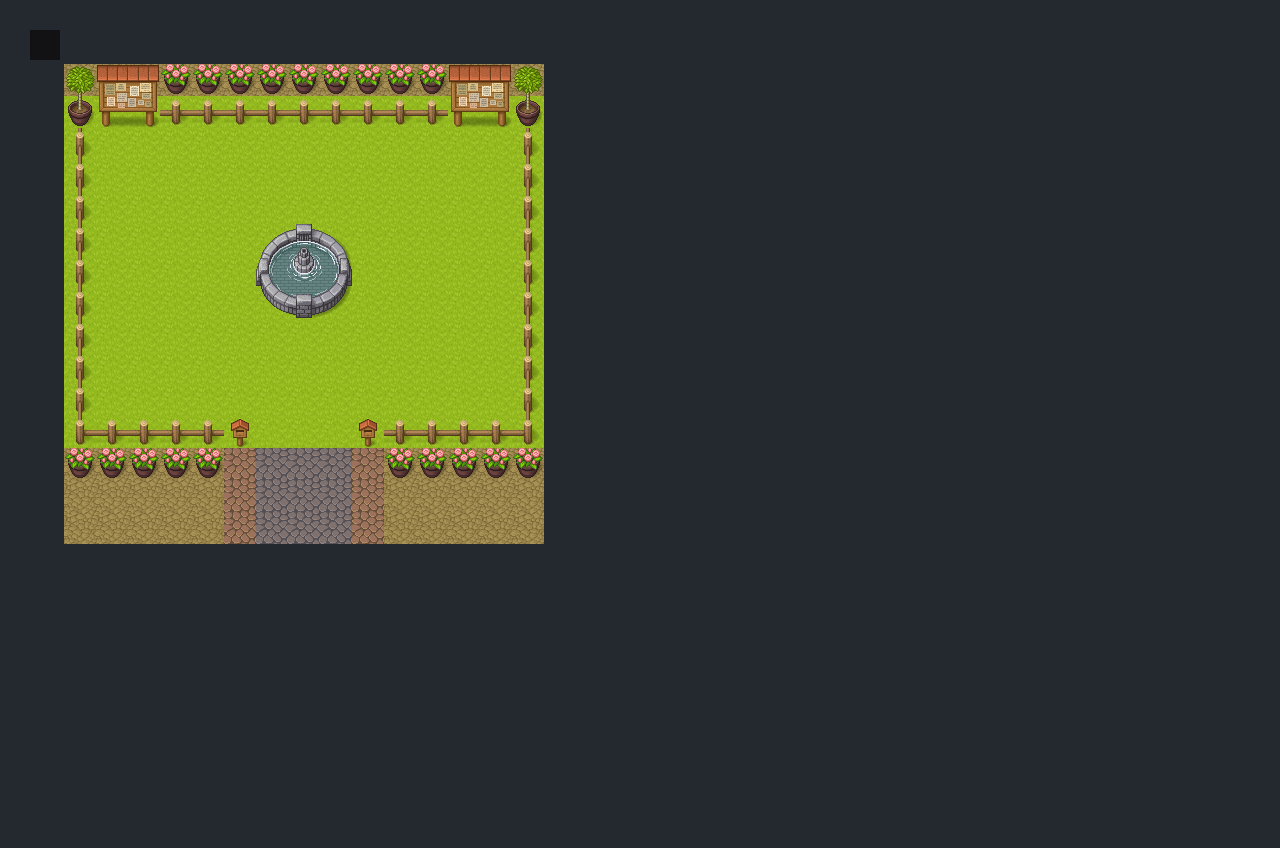
Repository: guilhermecardoso93/rpg-react
Page: /
These files come from the project's save history. The page is drawn as it stood at one moment and after the next save; the edit follows.
The browser window is 1280 px wide. The pictures show the whole page.
The project was rebuilt for these pictures with package versions that can differ from the ones it lists, and the page was loaded fresh each time.

Above is the page before, as saved 2022-11-15 21:49:31.

### src/index.tsx
import React from 'react';
import ReactDOM from 'react-dom/client';
import {App} from './App';
import { GlobalStyle } from './App.styles';
import reportWebVitals from './reportWebVitals';

const root = ReactDOM.createRoot(
  document.getElementById('root') as HTMLElement
);
root.render(
  <React.StrictMode>
    <GlobalStyle/>
    <App />
  </React.StrictMode>
);

// If you want to start measuring performance in your app, pass a function
// to log results (for example: reportWebVitals(console.log))
// or send to an analytics endpoint. Learn more: https://bit.ly/CRA-vitals
reportWebVitals();

### src/App.tsx
import React from 'react';
import { Container, Map } from './App.styles';
import { Character } from './componets/Character';
import { useCharacter } from './hooks/useCharacter';


export function App() {
  const character = useCharacter()

  return (
    <Container>
      <Map>
        <Character x={character.x} y={character.y}/>
      </Map>
    </Container>
  );
}

### src/App.styles.ts
import styled, { createGlobalStyle } from "styled-components";

export const GlobalStyle = createGlobalStyle`
  * {
    box-sizing: border-box;
    margin: 0;
    padding: 0;
  }

  body {
    background-color: #24282f;
  }
`;

export const Container = styled.div`
  min-height: 100vh;
  color: #fff;
  margin: 4rem;
`;

export const Map = styled.div`
  background-image: url("/assets/map.png");
  background-position: left top;
  background-size: cover;
  width: 480px;
  height: 480px;
`;

### src/componets/Character/index.tsx
import { Container } from './styles';

type CharacterProps = {
  x: number,
  y: number,
}


export function Character({x, y}: CharacterProps) {
  const size = 30

  return (
    <Container
      left={x * size}
      top={ y * size}
      size={size}
    >

    </Container>
  );
}

### src/hooks/useCharacter.ts
import { useState } from "react";

export function useCharacter() {
  const [pos, setPos] = useState({ x: 1, y: 1 });

  function moveLeft() {
    setPos((pos) => ({
      x: pos.x - 1,
      y: pos.y,
    }));
  }

  function moveRight() {
    setPos((pos) => ({
      x: pos.x + 1,
      y: pos.y,
    }));
  }

  function moveTop() {
    setPos((pos) => ({
      x: pos.x ,
      y: pos.y - 1,
    }));
  }

  function moveDown() {
    setPos((pos) => ({
      x: pos.x ,
      y: pos.y + 1,
    }));
  }

  return {
    x: pos.x,
    y: pos.y,
    moveDown,
    moveTop,
    moveLeft,
    moveRight,
  };
}

### src/componets/Character/styles.ts
import styled from "styled-components";

export const Container = styled.div<{left: number, top: number, size: number}>`
  width: ${props => props.size}px;
  height: ${props => props.size}px;
  position: absolute;
  left: ${props => props.left}px;
  top: ${props => props.top}px;
  background-color: #121214;
`;

Loaded but not shown: public/index.html (common file); src/reportWebVitals.ts (common file)

After the next save:
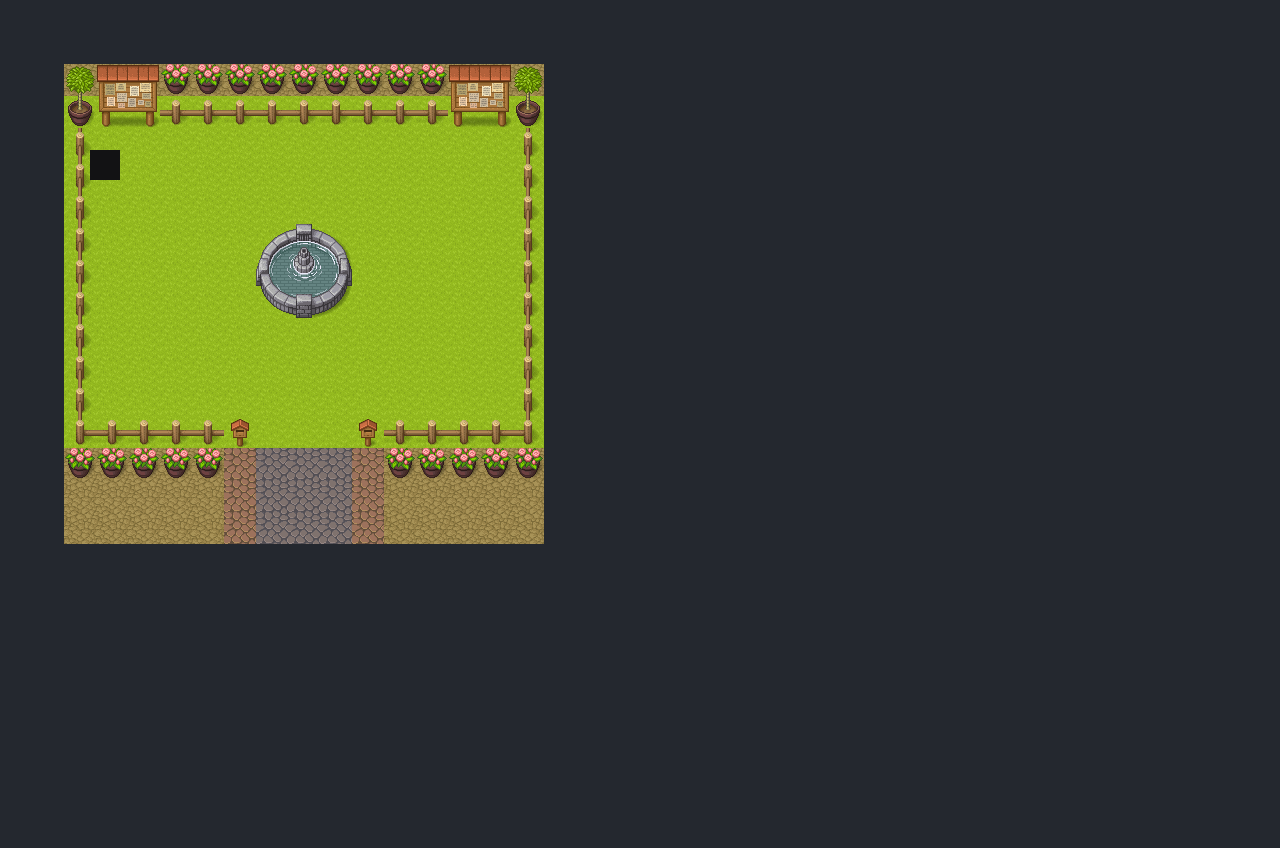
Saved 18 s later.
--- a/src/hooks/useCharacter.ts
+++ b/src/hooks/useCharacter.ts
@@ -1,7 +1,7 @@
 import { useState } from "react";
 
 export function useCharacter() {
-  const [pos, setPos] = useState({ x: 1, y: 1 });
+  const [pos, setPos] = useState({ x: 3, y: 5 });
 
   function moveLeft() {
     setPos((pos) => ({
